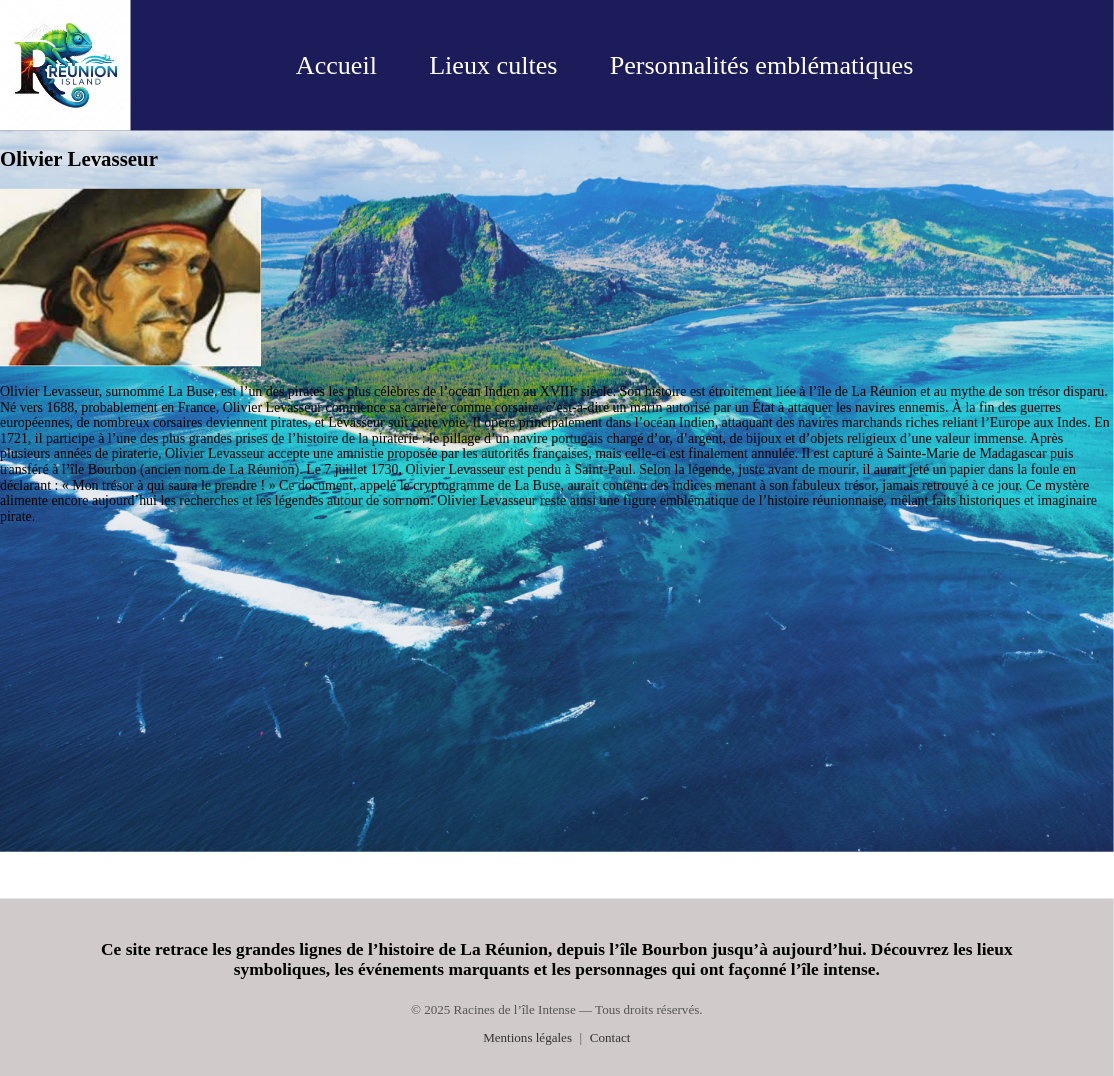
Repository: racinesintense974/Racines-de-lile-intense
Page: olivier-levasseur.html
The author's editor kept a copy of each file at every save. The page is drawn from the files as they stood at one save, then again after the next save.
The browser window is 1280 px wide. The pictures show the whole page, at 87% of full size.

Above is the page before, as saved 2026-02-19 16:39:05.

### olivier-levasseur.html
<!DOCTYPE html>
<html lang="fr">
<head>
    <meta charset="UTF-8">
    <title>Olivier Levasseur</title>
    <link rel="stylesheet" href="css/goat.css">
</head>
<body>

<body>
    <section class="top-page">
        <header class="header">
            <img src="image/logo22.png" alt="logo du site">
        <nav class="nav">
    <ul class="menu">
        <li><a href="index.html">Accueil</a></li>

        <li class="dropdown">
            <a href="#">Lieux cultes</a>
            <ul class="submenu">
                <li><a href="mafate.html">Mafate</a></li>
                <li><a href="cilaos.html">Cilaos</a></li>
                <li><a href="volcans.html">Les volcans</a></li>
            </ul>
        </li>

        <li class="dropdown">
        <a href="#">Personnalités emblématiques</a>
            <ul class="submenu">
                <li><a href="olivier-levasseur.html">Olivier Levasseur</a></li>
                <li><a href="Desbassayns.html">Madame Desbassayns</a></li>
                <li><a href="Garros.html">Rolland Garros</a></li>
            </ul>
        </li>

    </ul>
    </nav>
</header>

<main>
    <h1>Olivier Levasseur</h1>
    <img src="image/olivier levasuce.jpg" width="300">
    <p>
       Olivier Levasseur, surnommé La Buse, est l’un des pirates les plus célèbres de l’océan Indien au XVIIIᵉ siècle. Son histoire est étroitement liée à l’île de La Réunion et au mythe de son trésor disparu.

Né vers 1688, probablement en France, Olivier Levasseur commence sa carrière comme corsaire, c’est-à-dire un marin autorisé par un État à attaquer les navires ennemis. À la fin des guerres européennes, de nombreux corsaires deviennent pirates, et Levasseur suit cette voie.

Il opère principalement dans l’océan Indien, attaquant des navires marchands riches reliant l’Europe aux Indes. En 1721, il participe à l’une des plus grandes prises de l’histoire de la piraterie : le pillage d’un navire portugais chargé d’or, d’argent, de bijoux et d’objets religieux d’une valeur immense.

Après plusieurs années de piraterie, Olivier Levasseur accepte une amnistie proposée par les autorités françaises, mais celle-ci est finalement annulée. Il est capturé à Sainte-Marie de Madagascar puis transféré à l’île Bourbon (ancien nom de La Réunion).

Le 7 juillet 1730, Olivier Levasseur est pendu à Saint-Paul. Selon la légende, juste avant de mourir, il aurait jeté un papier dans la foule en déclarant :

« Mon trésor à qui saura le prendre ! »

Ce document, appelé le cryptogramme de La Buse, aurait contenu des indices menant à son fabuleux trésor, jamais retrouvé à ce jour. Ce mystère alimente encore aujourd’hui les recherches et les légendes autour de son nom.

Olivier Levasseur reste ainsi une figure emblématique de l’histoire réunionnaise, mêlant faits historiques et imaginaire pirate.
    </p>
</main>
<footer class="footer">
    <h1 class="big-title2">Ce site retrace les grandes lignes de l’histoire de La Réunion, depuis l’île Bourbon jusqu’à aujourd’hui. Découvrez les lieux symboliques, les événements marquants et les personnages qui ont façonné l’île intense.</h1>
  <p>&copy; 2025 Racines de l’île Intense — Tous droits réservés.</p>
  <p><a href="mentions-legales.html">Mentions légales</a> | <a href="contact.html">Contact</a></p>
</footer>

    </section>
</body>
</html>

### css/goat.css

*

body {
    margin: 0 auto;

}

header.header {
    display: flex;
    align-items: center;
    background-color: rgb(28, 28, 91);                    /* Entête */
    margin: 0;

}

header.header img {
    width: 150px;
}






section.top-page {
    background: url('../image/ocean\ fond\ olivier.jpg');
    background-size: cover;
    height: 136vh;
    padding: 0px;
}
/* page de bienvenue (landing page) */
.big-title {
    color: rgb(255, 255, 255);
    font-size: 27px;
    padding: 55px 360px;
    background-color: rgba(0, 0, 0, 0.323);
    margin-top: 0;



}
html, body {
  height: 100%;           /* Nécessaire pour que le conteneur remplisse l'écran */
  margin: 0;
  padding: 0;
}

.conteneur-central {
  display: flex;
  justify-content: center;      /* centre horizontalement */
  align-items: center;          /* centre verticalement */
  height: 70vh;                /* 100% de la hauteur de l'écran */
}

/* La galerie contient les images */
.galerie-images {
  display: flex;
  gap: 20px;
  flex-wrap: wrap;
  justify-content: center;
}

.galerie-images img {
  width: 390px;
  height: auto;
  border-radius: 50px;
  box-shadow: 0 4px 10px rgba(0, 0, 0, 0.1);
  transition: transform 0.3s ease;
}

.galerie-images img:hover {
  transform: scale(1.05);
}

.big-title2 {
    color: black;
    font-size: 20px;
    padding: 10px 50px;
}

.footer {
    width: 100%;
  background-color: #d0caca;
  padding: 20px;
  text-align: center;
  font-size: 15px;
  color: #555;
  border-top: 1px solid #ccc;
  margin-top: 430px;
   box-sizing: border-box;

}

.footer a {
  color: #333;
  text-decoration: none;
  margin: 0 5px;
}

.footer a:hover {
  text-decoration: underline;
}


/* menu de navigation */

nav.nav {
    display: flex;
    justify-content: space-between;
    list-style: none;
    width: 970px;
    margin-left: 180px;
font-size: 30px;
}


nav.nav li {
    color: white;
}



/* ===== MENU DEROULANT LIEUX-CULTES ===== */

nav.nav ul.menu {
    list-style: none;
    display: flex;
    gap: 40px;           /* espace entre les éléments */
    margin: 0;
    padding: 0;
}

nav.nav ul.menu > li {
    position: relative;
}

nav.nav ul.menu a {
    text-decoration: none;
    color: white;
    font-size: 30px;
    padding: 10px;
}

/* Sous-menu caché */
.submenu {
    list-style: none;
    padding: 0;
    margin: 0;
    position: absolute;
    background: rgb(12, 16, 70);
    border-radius: 5px;
    border: 1px solid black;
    display: none;
    min-width: 180px;
    z-index: 10;
}

/* Liens du sous-menu */
.submenu li a {
    color: black;
    padding: 10px;
    display: block;
    font-size: 20px;
}

/* Apparition au survol */
.dropdown:hover .submenu {
    display: block;
}

/* Effet hover */
.submenu li a:hover {
    background-color: #a01212;
}

After the next save:
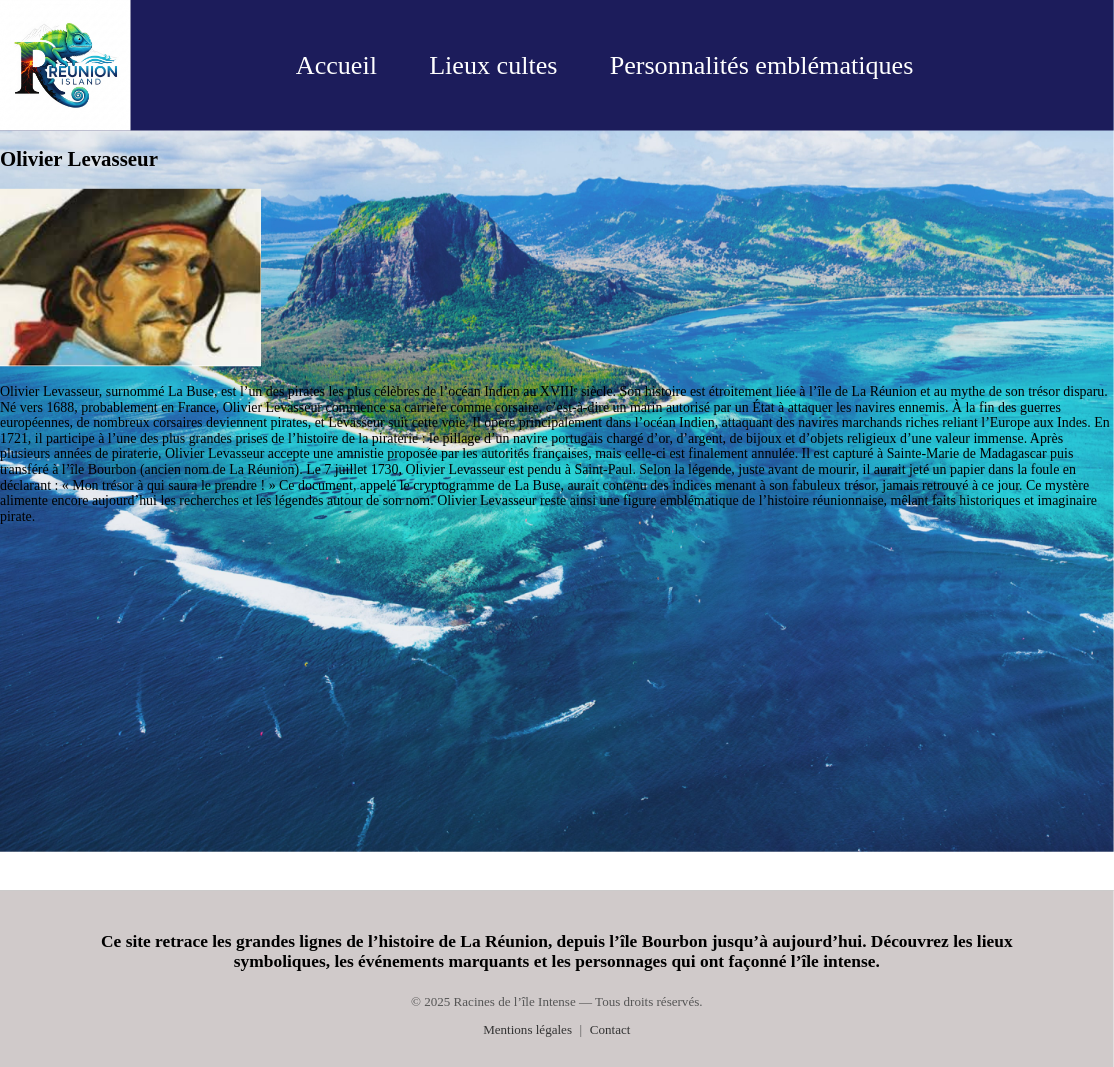
Saved 6 s later.
--- a/css/goat.css
+++ b/css/goat.css
@@ -87,7 +87,7 @@ html, body {
   font-size: 15px;
   color: #555;
   border-top: 1px solid #ccc;
-  margin-top: 430px;
+  margin-top: 420px;
    box-sizing: border-box;
 
 }
